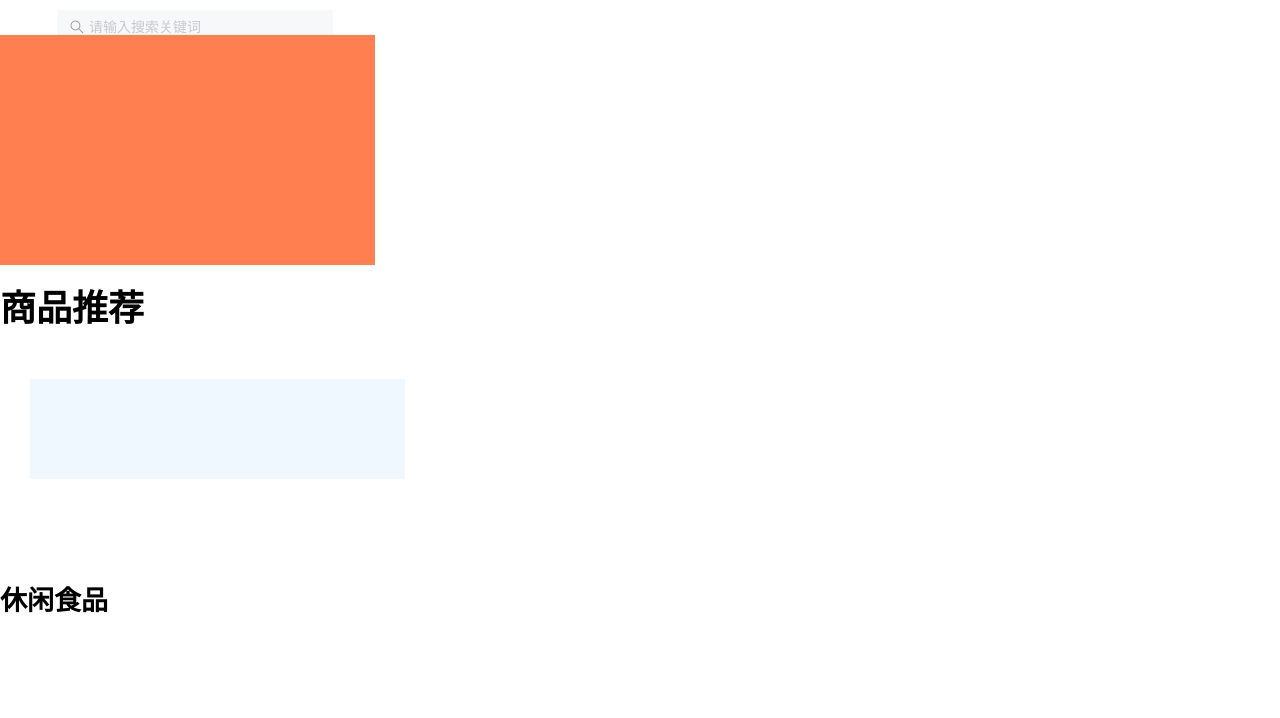
Repository: liyang777777/shangcheng
Page: /
The author's editor kept a copy of each file at every save. The page is drawn from the files as they stood at one save, then again after the next save.
The browser window is 1280 px wide. The pictures show the whole page.
The page's requests for data from a server got no answer. The project was rebuilt for these pictures with package versions that can differ from the ones it lists, and the page was loaded fresh each time. No one was signed in, and anything a server would have sent is missing. Also part of the build but not shown: vue.config.js. Imported but missing from the stored project, and not drawn on this page: src/views/About.

Above is the page before, as saved 2020-06-23 14:55:08.

After the next save:
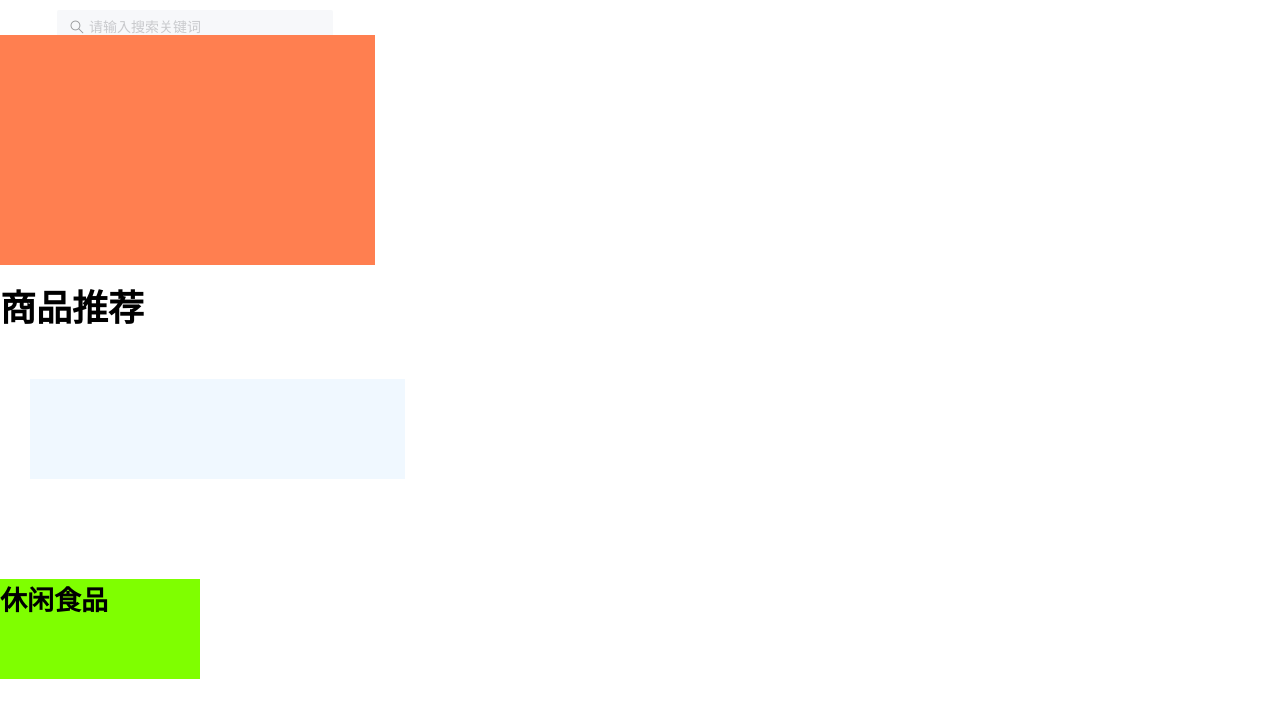
Saved 30 s later.
--- a/src/components/Prre.vue
+++ b/src/components/Prre.vue
@@ -73,5 +73,6 @@
   font-size: 18px;
   margin-top: 100px;
   justify-content: center;
+  background: chartreuse;
 }
 </style>

After the 2 saves that followed:
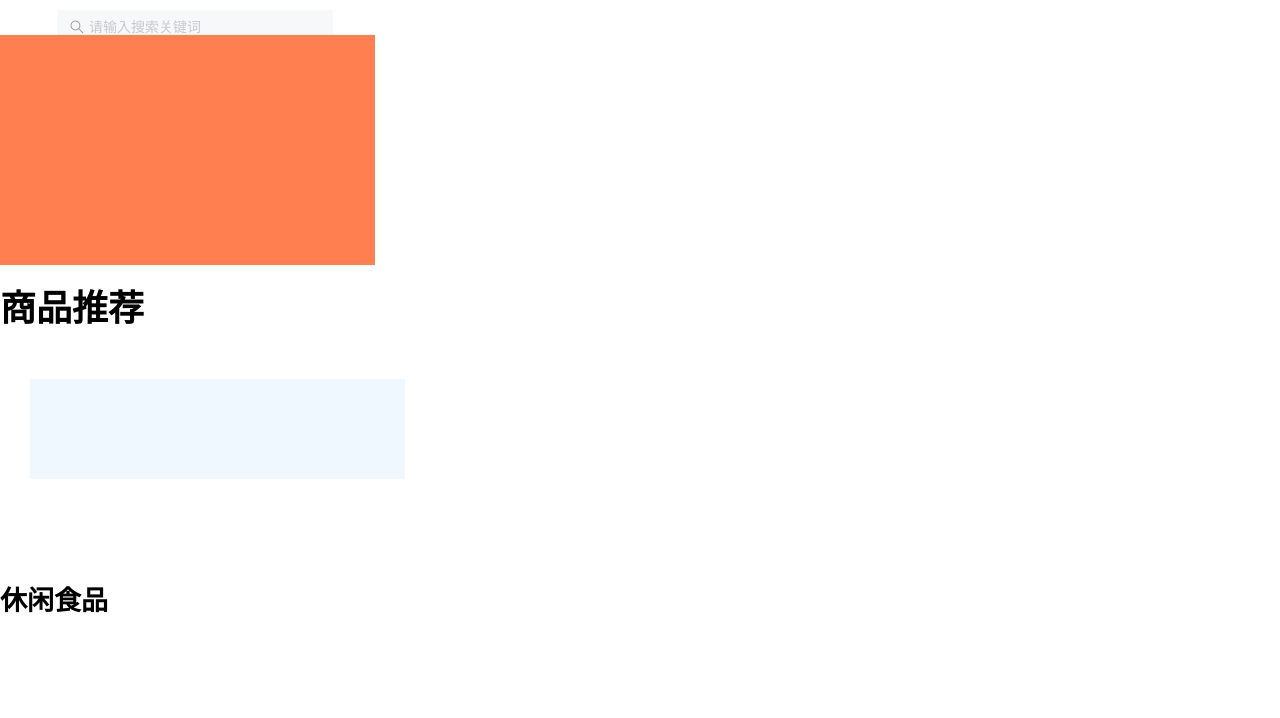
The 2 saves are shown as one change because 1 left the picture as it was.
The last was saved 2 min 1 s later.
--- a/src/components/Prre.vue
+++ b/src/components/Prre.vue
@@ -21,8 +21,10 @@
       </div>
     </div>
     <!-- 休闲食品 -->
-    <div class="All">
-      <h2>休闲食品</h2>
+    <div>
+      <div class="All">
+        <h2>休闲食品</h2>
+      </div>
     </div>
   </div>
 </template>
@@ -68,11 +70,10 @@
   text-decoration: line-through;
 }
 .All {
-   width: 200px;
+  width: 200px;
   height: 100px;
   font-size: 18px;
   margin-top: 100px;
-  justify-content: center;
-  background: chartreuse;
+
 }
 </style>
